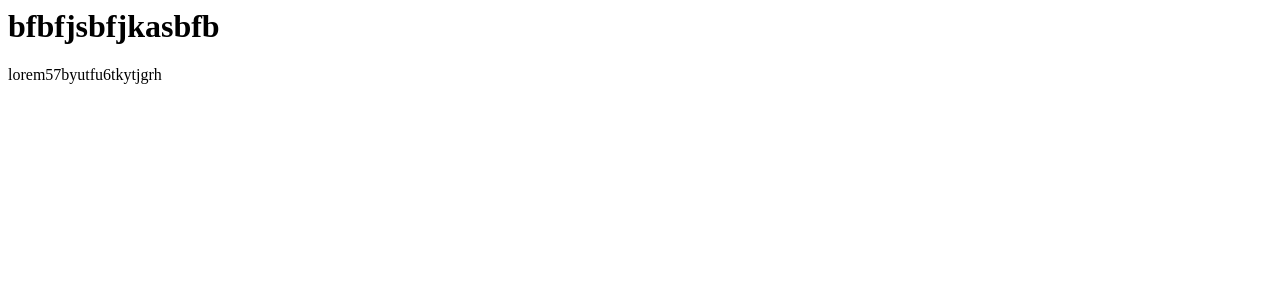
Repository: Sanket321321/function
Page: mnb.html
These files come from the project's save history. The page is drawn as it stood at one moment and after the next save; the edit follows.
The browser window is 1280 px wide. The pictures show the whole page.

Above is the page before, as saved 2022-12-02 08:59:24.

### mnb.html
<html lang="en">
<head>
    <meta charset="UTF-8">
    <meta http-equiv="X-UA-Compatible" content="IE=edge">
    <meta name="viewport" content="width=device-width, initial-scale=1.0">
    <title>Document</title>
</head>
<body>
    <h1>bfbfjsbfjkasbfb</h1>
    <p>lorem57byutfu6tkytjgrh</p>

</body>
</html>

After the next save:
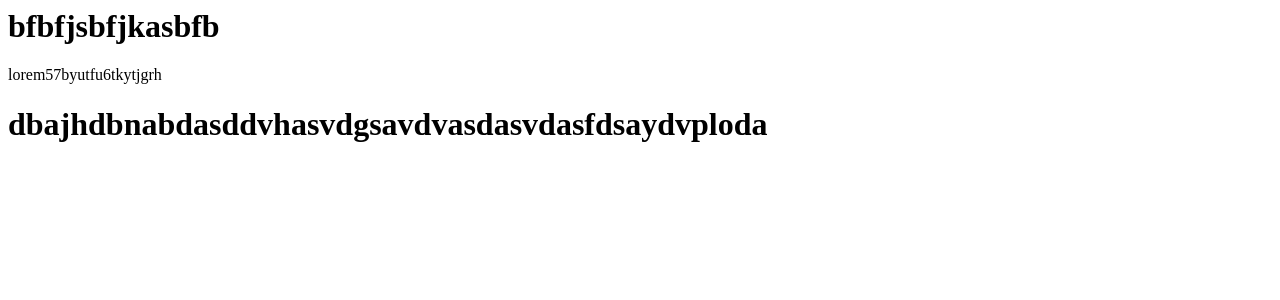
Saved 2 min 41 s later.
--- a/mnb.html
+++ b/mnb.html
@@ -8,6 +8,7 @@
 <body>
     <h1>bfbfjsbfjkasbfb</h1>
     <p>lorem57byutfu6tkytjgrh</p>
+    <h1>dbajhdbnabdasddvhasvdgsavdvasdasvdasfdsaydvploda</h1>
 
 </body>
 </html>
